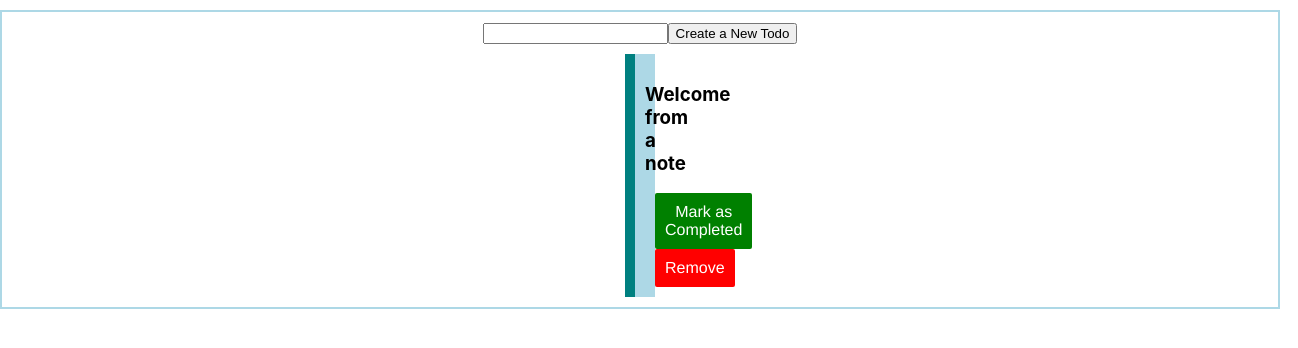
Repository: CaptainStorm21/react-ecosystem-course
Page: /
The author's editor kept a copy of each file at every save. The page is drawn from the files as they stood at one save, then again after the next save.
The browser window is 1280 px wide. The page is 1280 px wide, then 1298 px, so the pictures cover 1298 px, including what lies to the right of the window. The pictures show the whole page.
The project was rebuilt for these pictures with package versions that can differ from the ones it lists, and the page was loaded fresh each time.

Above is the page before, as saved 2020-05-30 17:54:20.

After the next save:
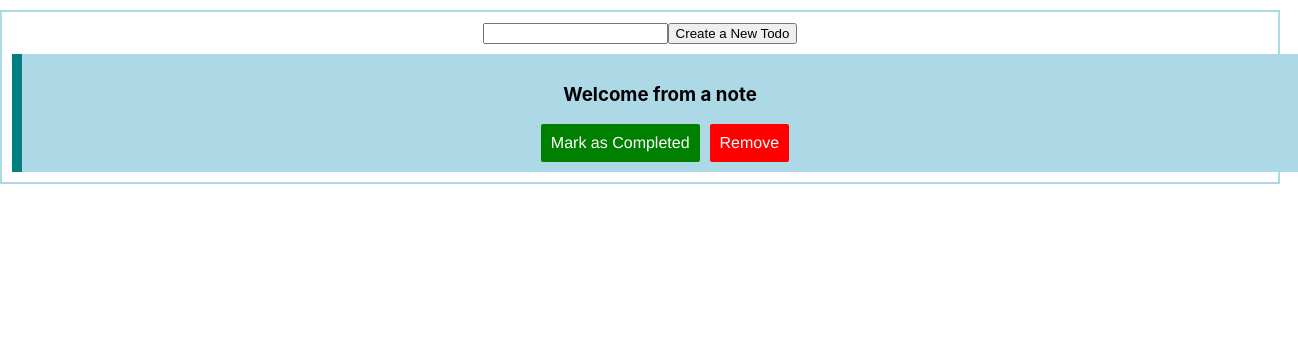
Saved 6 s later.
--- a/src/todos/NewTodoForm.css
+++ b/src/todos/NewTodoForm.css
@@ -1,5 +1,5 @@
 .todo-item-container {
-  width: 0%;
+  width: 100%;
   margin: 0 auto;
   padding: 10px;
   border-left: 10px solid teal;
